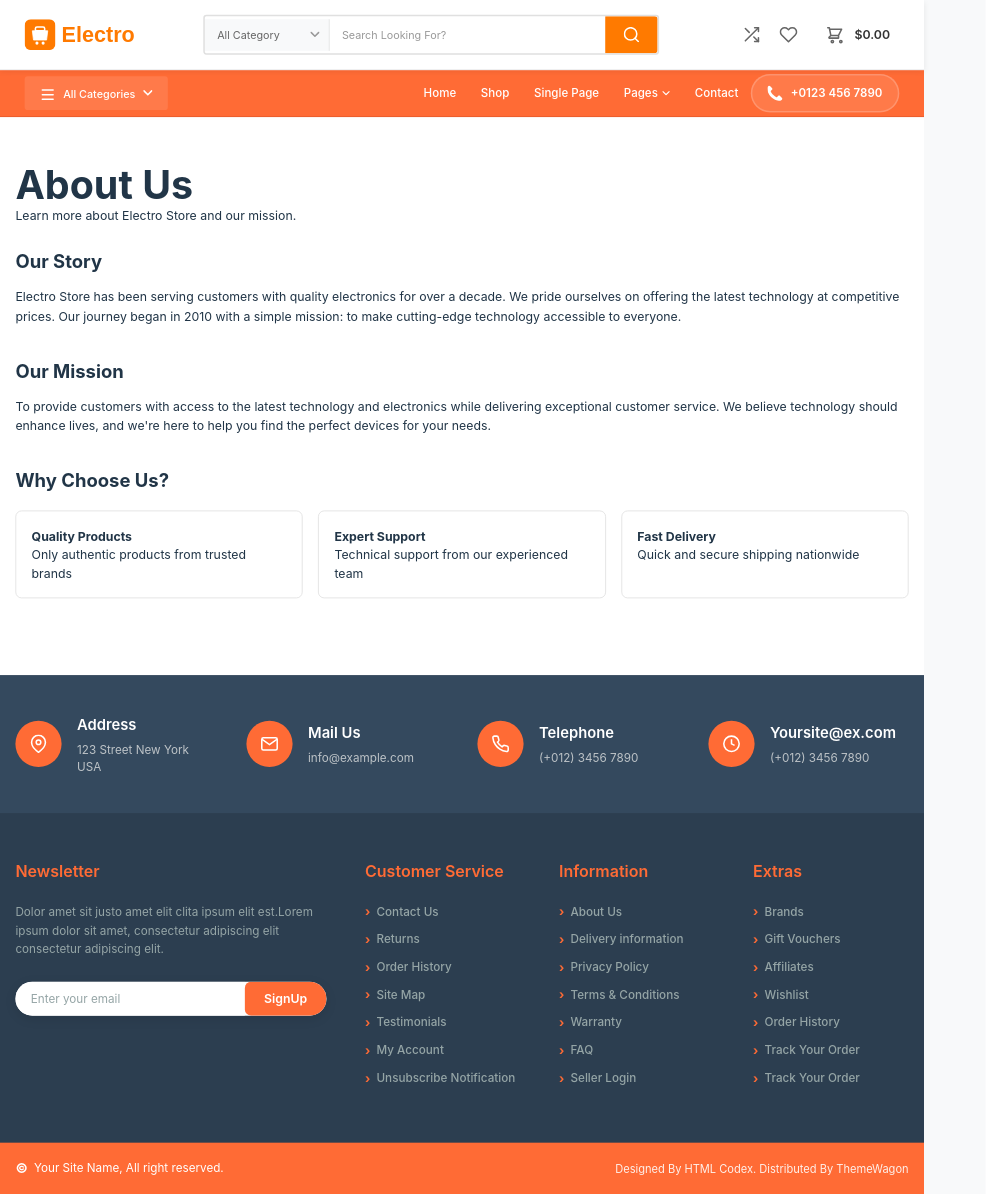
Repository: HoangKhangKhuPho4/react-electro-store
Page: /about (app in my-react-app/)
An editor plug-in stored every save of this project. The page is shown before and after the next save, followed by the edit.
The browser window is 1280 px wide. The pictures show the whole page, at 77% of full size.
The project was rebuilt for these pictures with package versions that can differ from the ones it lists, and the page was loaded fresh each time. Also part of the build but not shown: my-react-app/vite.config.js, my-react-app/src/pages/Contact.jsx, my-react-app/src/components/Banner/Banner.jsx, my-react-app/src/components/Banner/index.js, my-react-app/src/components/Features/Features.jsx, my-react-app/src/components/Features/index.js, my-react-app/src/pages/Home.jsx, my-react-app/src/components/ProductList.jsx and 3 more.

Above is the page before, as saved 2025-09-24 13:20:47.

After the next save:
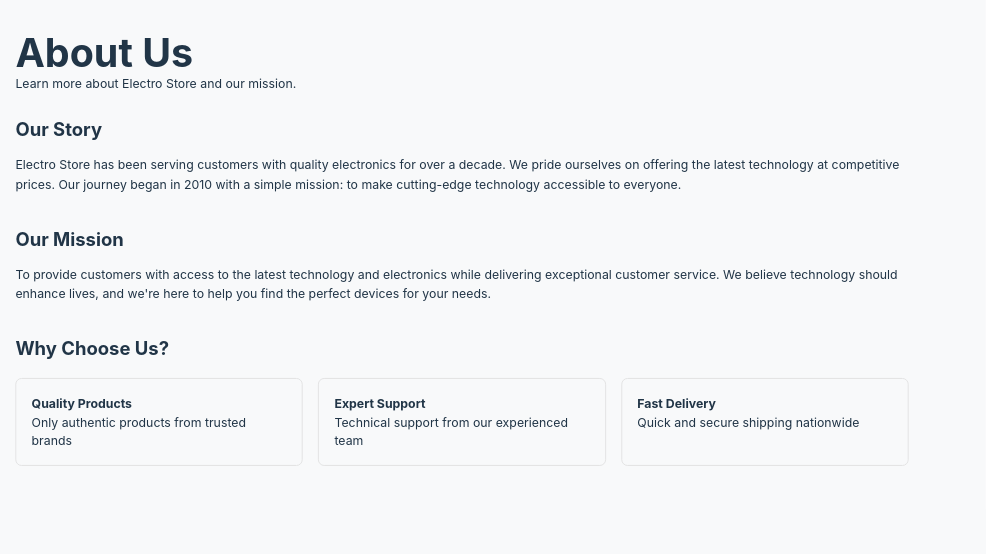
Saved 2 s later.
--- a/my-react-app/src/layouts/MainLayout.jsx
+++ b/my-react-app/src/layouts/MainLayout.jsx
@@ -1,81 +1,17 @@
-import Footer from "../components/Footer";
-import Header from "../components/Header";
-import Navigation from "../components/Navigation";
-import "./MainLayout.css";
+import React from 'react';
 
-/**
- * MainLayout - Layout chính cho toàn bộ website
- *
- * Structure cố định:
- * 1. Header (Logo, Search, User Actions)
- * 2. Navigation (Menu categories, Main nav)
- * 3. Main Content (Dynamic - từ props children)
- * 4. Footer (Contact info, Links, Newsletter)
- *
- * Usage:
- * <MainLayout>
- *   <YourPageContent />
- * </MainLayout>
- */
 const MainLayout = ({ children }) => {
-  // 🔍 ENHANCED DEBUG: Xem children từ page nào được truyền vào
-  console.log("");
-  console.log("🚀 ===== MAINLAYOUT RECEIVED CHILDREN =====");
-  console.log("📦 Children object:", children);
-  console.log("📝 Children type:", typeof children);
-  console.log("📊 Is array?", Array.isArray(children));
-
-  if (Array.isArray(children)) {
-    console.log("📋 Children count:", children.length);
-    children.forEach((child, index) => {
-      console.log(
-        `   ${index + 1}. ${child?.type?.name || "Anonymous component"}`
-      );
-    });
-  } else if (children?.type) {
-    console.log(
-      "📋 Single child:",
-      children.type.name || "Anonymous component"
-    );
-  }
-
-  console.log("✨ React sẽ TỰ ĐỘNG render những children này vào <main> tag");
-  console.log("🔄 ============================================");
-  console.log("");
-
   return (
     <div className="main-layout">
-      {/* ===== HEADER: Logo, Search, User Actions ===== */}
-      <Header />
-
-      {/* ===== NAVIGATION: Categories, Main Menu ===== */}
-      <Navigation />
-
-      {/* ===== MAIN CONTENT: Dynamic content từ children ===== */}
-      <main className="main-content">
-        {/*
-          🎯 MAGIC HAPPENS HERE:
-          React sẽ TỰ ĐỘNG thay thế {children} bằng:
-
-          📍 Khi ở Home page (/):
-          - <Banner /> component
-          - <Features /> component
-          - <div> Demo Section </div>
-          - <div> Another Demo Section </div>
-
-          📍 Khi ở Shop page (/shop):
-          - <div> Product Filters </div>
-          - <ProductList /> component
-          - <div> Pagination </div>
-          - <div> Shop Info </div>
-
-          📍 HOÀN TOÀN TỰ ĐỘNG - Bạn không cần làm gì!
-        */}
+      <header>
+        {/* Header content */}
+      </header>
+      <main>
         {children}
       </main>
-
-      {/* ===== FOOTER: Contact, Links, Newsletter ===== */}
-      <Footer />
+      <footer>
+        {/* Footer content */}
+      </footer>
     </div>
   );
 };
